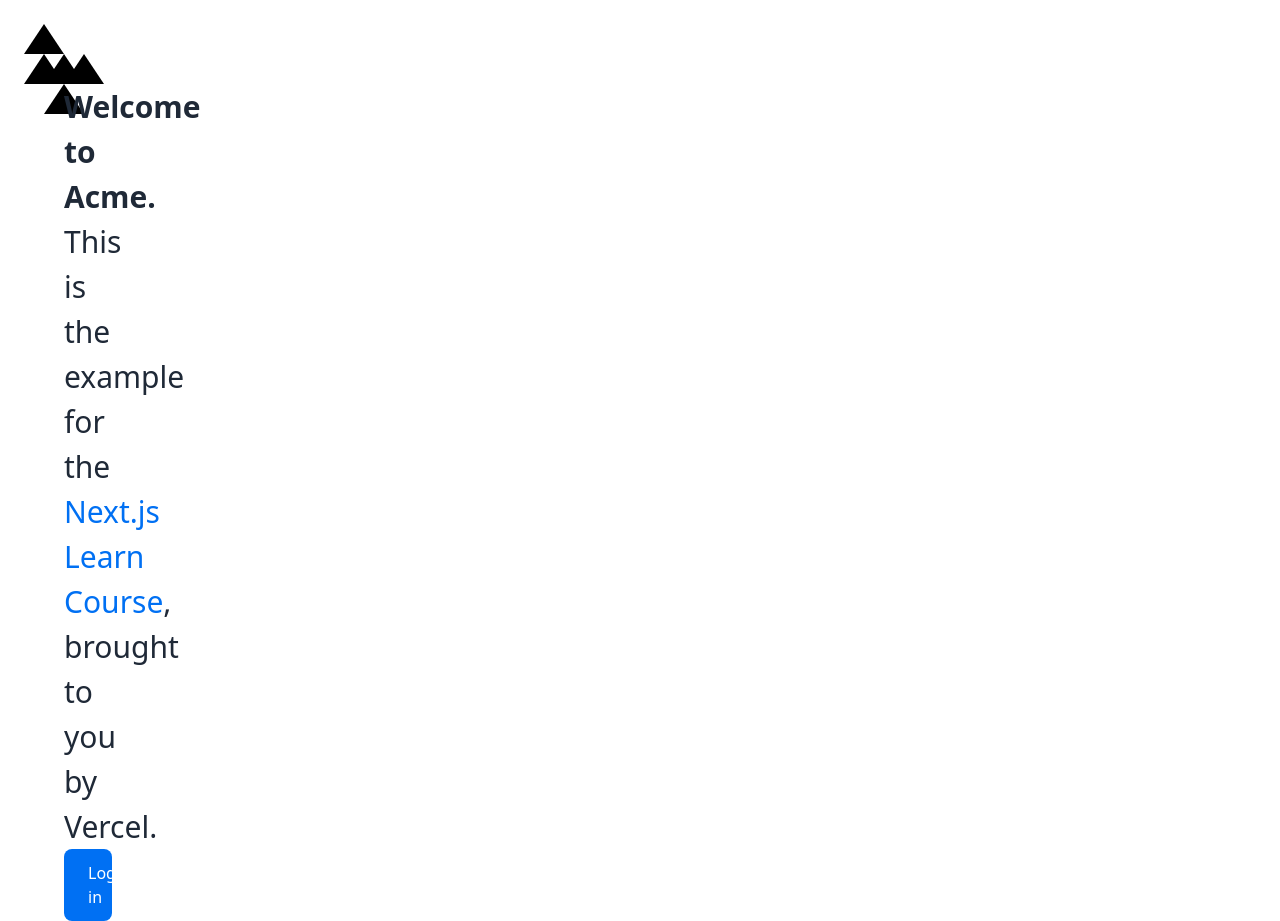
Repository: dev1siWoo/nextjs-dashboard
Page: /
These files come from the project's save history. The page is drawn as it stood at one moment and after the next save; the edit follows.
The browser window is 1280 px wide. The pictures show the whole page.
The project was rebuilt for these pictures with package versions that can differ from the ones it lists, and the page was loaded fresh each time. The framework's server and built-in components were replaced by stand-ins that run in the browser. Also part of the build but not shown: next.config.js.

Above is the page before, as saved 2023-10-27 17:55:15.

### app/layout.tsx
import './ui/global.css'

export default function RootLayout({
  children,
}: {
  children: React.ReactNode;
}) {
  return (
    <html lang="en">
      <body>{children}</body>
    </html>
  );
}

### app/page.tsx
import AcmeLogo from "@/app/ui/acme-logo"
import styles from "./ui/home.module.css"
import Link from "next/link"
export default function Page() {
	return (
		<main className='flex min-h-screen flex-col p-6'>
			<div className={styles.shape}>{/* <AcmeLogo /> */}</div>
			<div className={styles.shape}>
				<div className={styles.shape}>
					<div className={styles.shape} />
					<p
						className={`text-xl text-gray-800 md:text-3xl md:leading-normal`}
					>
						<strong>Welcome to Acme.</strong> This is the example
						for the{" "}
						<a
							href='https://nextjs.org/learn/'
							className='text-blue-500'
						>
							Next.js Learn Course
						</a>
						, brought to you by Vercel.
					</p>
					<Link
						href='/login'
						className='flex items-center gap-5 self-start rounded-lg bg-blue-500 px-6 py-3 text-sm font-medium text-white transition-colors hover:bg-blue-400 md:text-base'
					>
						<span>Log in</span>
					</Link>
				</div>
				<div className={styles.shape}>{/* Add Hero Images Here */}</div>
			</div>
		</main>
	)
}

Loaded but not shown: app/ui/global.css (common file); app/ui/home.module.css (common file); tailwind.config.ts (common file)

After the next save:
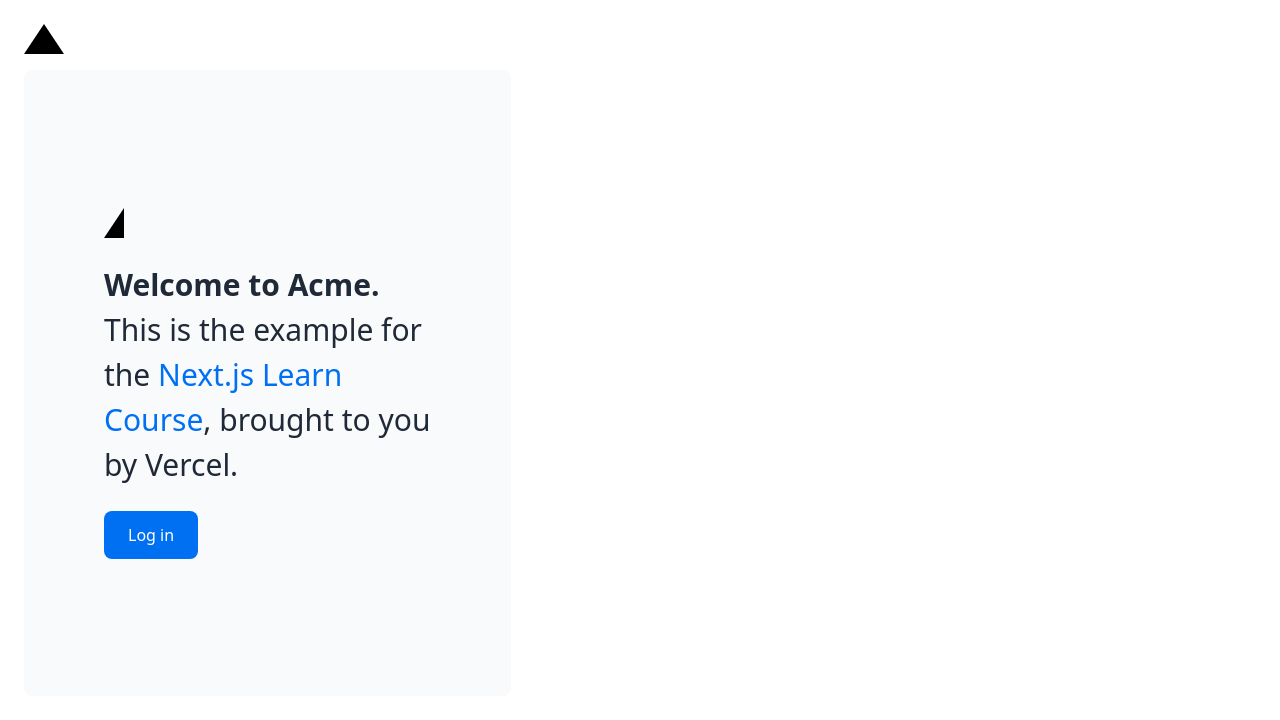
Saved 6 s later.
--- a/app/page.tsx
+++ b/app/page.tsx
@@ -1,13 +1,15 @@
 import AcmeLogo from "@/app/ui/acme-logo"
-import styles from "./ui/home.module.css"
+import styles from './ui/home.module.css'
 import Link from "next/link"
 export default function Page() {
 	return (
 		<main className='flex min-h-screen flex-col p-6'>
-			<div className={styles.shape}>{/* <AcmeLogo /> */}</div>
 			<div className={styles.shape}>
-				<div className={styles.shape}>
-					<div className={styles.shape} />
+				{/* <AcmeLogo /> */}
+			</div>
+			<div className='mt-4 flex grow flex-col gap-4 md:flex-row'>
+				<div className='flex flex-col justify-center gap-6 rounded-lg bg-gray-50 px-6 py-10 md:w-2/5 md:px-20'>
+					<div className='h-0 w-0 border-b-[30px] border-l-[20px] border-r-[20px border-b-black border-l-transparent border-r-transparent' />
 					<p
 						className={`text-xl text-gray-800 md:text-3xl md:leading-normal`}
 					>
@@ -28,7 +30,9 @@
 						<span>Log in</span>
 					</Link>
 				</div>
-				<div className={styles.shape}>{/* Add Hero Images Here */}</div>
+				<div className='flex items-center justify-center p-6 md:w-3/5 md:px-28 md:py-12'>
+					{/* Add Hero Images Here */}
+				</div>
 			</div>
 		</main>
 	)
